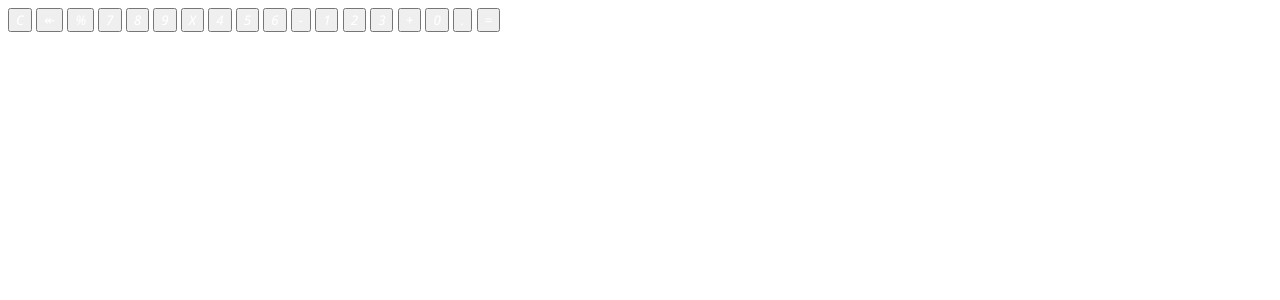
Repository: jhonenmanuel1/javaScript-calculator
Page: src/index.html
These files come from the project's save history. The page is drawn as it stood at one moment and after the next save; the edit follows.
The browser window is 1280 px wide. The pictures show the whole page.

Above is the page before, as saved 2022-08-02 22:56:45.

### src/index.html
<!DOCTYPE html>
<html lang="en">
  <head>
    <meta charset="UTF-8" />
    <meta http-equiv="X-UA-Compatible" content="IE=edge" />
    <meta name="viewport" content="width=device-width, initial-scale=1.0" />
    <title>JavaScript Calculator</title>
    <link href="https://fonts.googleapis.com/css2?family=Open+Sans:ital,wght@1,500&display=swap" rel="stylesheet">
    <link href="styles.css" rel="stylesheet"/>
  </head>
  <body>
    <div class="container">
      <div class="calculator">
        <div class="display">
          <div id="last-value"></div>
          <div id="actual-value"></div>
        </div>
        <button class="col-2"> C</button>
        <button>&Larr;</button>
        <button class="number">%</button>
        <button class="number">7</button>
        <button class="number">8</button>
        <button class="number">9</button>
        <button class="operator" >X</button>
        <button class="number">4</button>
        <button class="number">5</button>
        <button class="number">6</button>
        <button class="operator">-</button>
        <button class="number">1</button>
        <button class="number">2</button>
        <button class="number">3</button>
        <button class="operator">+</button>
        <button class=" col-2 number">0</button>
        <button class="number">.</button>
        <button class="operator">=</button>
      </div>
    </div>
  </body>
</html>

### src/styles.css
* {
    font-family: 'Open Sans', sans-serif;
    color: #fff;
}

After the next save:
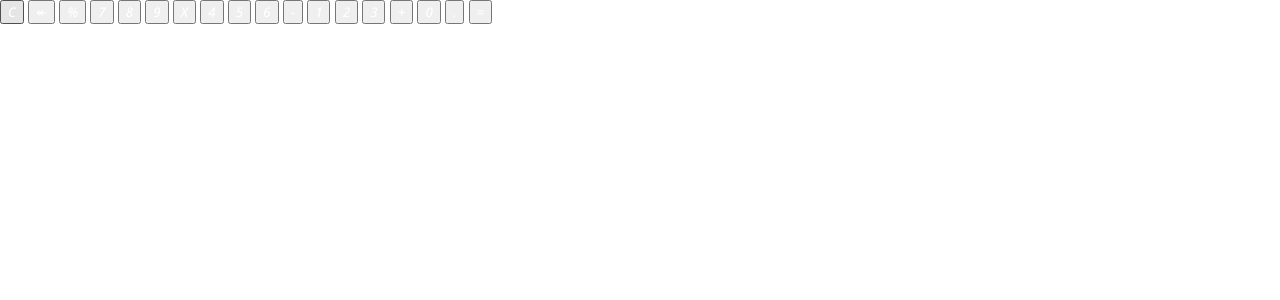
Saved 32 s later.
--- a/src/styles.css
+++ b/src/styles.css
@@ -2,3 +2,6 @@
     font-family: 'Open Sans', sans-serif;
     color: #fff;
 }
+body{
+    margin: 0;
+}
